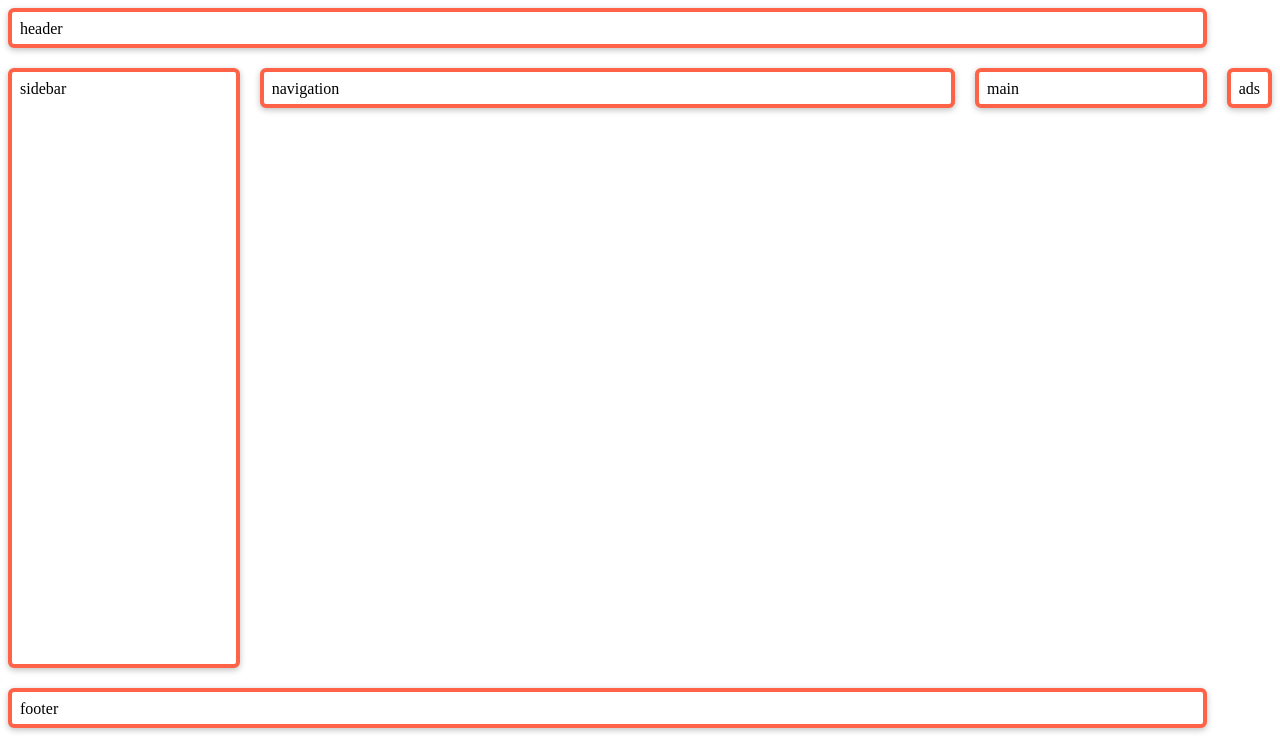
Repository: cokoduwa/css-layouts
Page: grid-exercises/03-page-layout/layout.html
The author's editor kept a copy of each file at every save. The page is drawn from the files as they stood at one save, then again after the next save.
The browser window is 1280 px wide. The pictures show the whole page.

Above is the page before, as saved 2022-09-30 22:14:55.

### grid-exercises/03-page-layout/layout.html
<!DOCTYPE html>
<html lang="en">
  <head>
    <meta charset="UTF-8" />
    <meta name="viewport" content="width=device-width, initial-scale=1.0" />
    <title>Grid, devchallenge.io - Task 3.1</title>

    <link rel="stylesheet" href="style.css" />
  </head>
  <body>
    <div class="container">

      <div class="item header">header</div>

      <div class="item navigation">navigation</div>

      <div class="item main">main</div>

      <div class="item sidebar">sidebar</div>

      <div class="item ads">ads</div>

      <div class="item footer">footer</div>

    </div>
  </body>
</html>

### grid-exercises/03-page-layout/style.css
.item {
  padding: 8px;
  background-color: white;
  border: 4px solid tomato;
  border-radius: 6px;
  box-shadow: 0px 2px 6px rgba(0, 0, 0, 0.25);
}

.container {
  display: grid;
  grid-template-columns: 1fr 3fr 1fr;
  grid-template-rows: 40px 40px auto 40px;
  row-gap: 20px;
  column-gap: 20px;
  min-height: 100vh;
}

.header {
  grid-column-start: 1;
  grid-column-end: 4;
  grid-row-start: 1;
}

.navigation {
  grid-column-start: 2;
}

.main {

}

.sidebar {
  grid-column-start: 1;
  grid-row-start: 2;
  grid-row-end: 4;
}

.ads {
  grid-column-start: 4;
}

.footer {
  grid-column-start: 1;
  grid-column-end: 4;
}

After the next save:
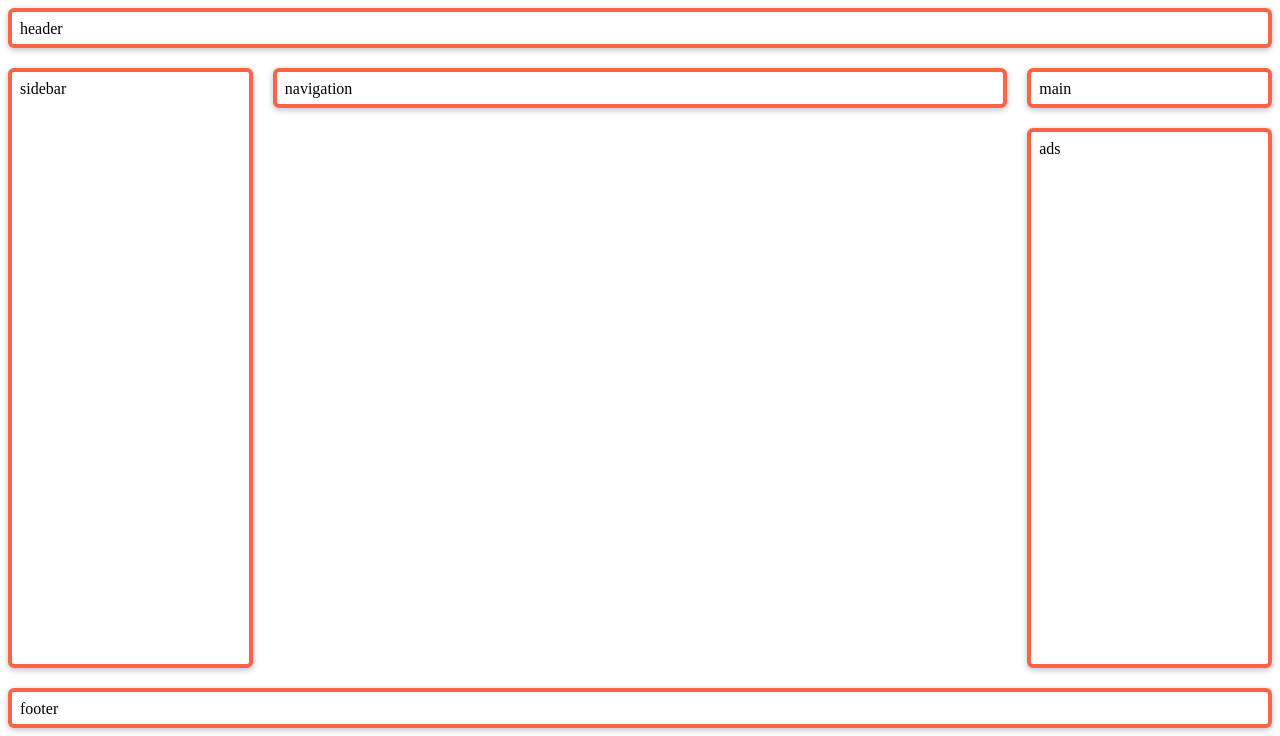
Saved 14 s later.
--- a/grid-exercises/03-page-layout/style.css
+++ b/grid-exercises/03-page-layout/style.css
@@ -36,7 +36,7 @@
 }
 
 .ads {
-  grid-column-start: 4;
+  grid-column-start: 3;
 }
 
 .footer {
